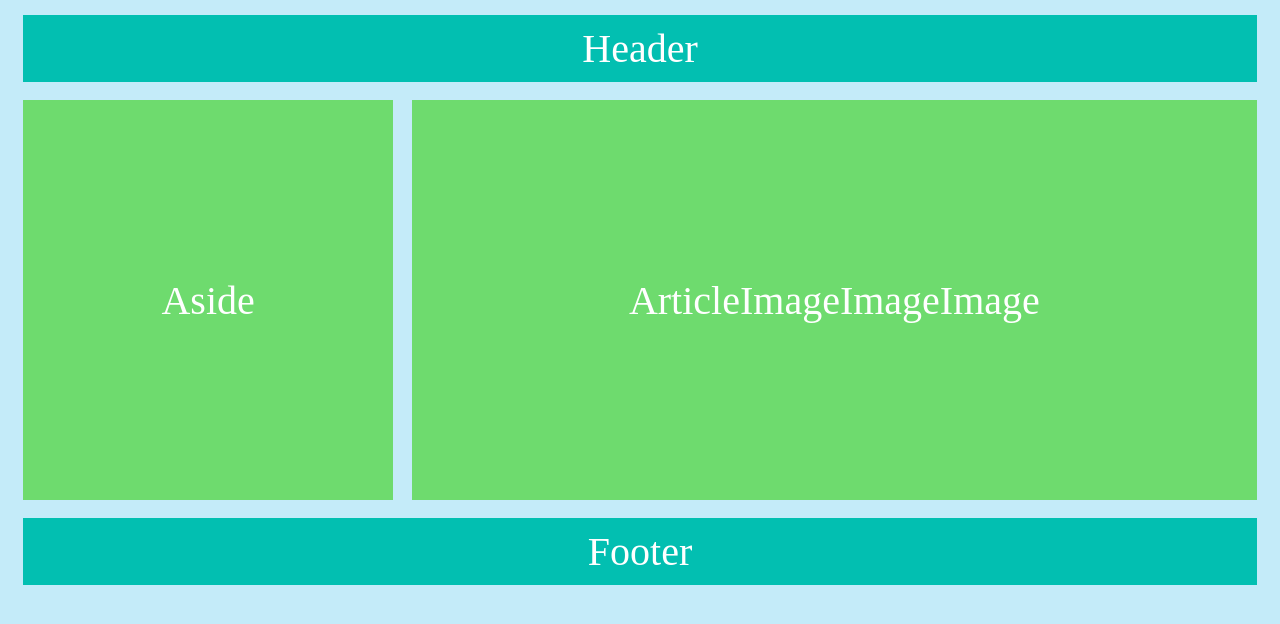
Repository: huyennvo/CSS
Page: flex-css-example/index.html
These files come from the project's save history. The page is drawn as it stood at one moment and after the next save; the edit follows.
The browser window is 1280 px wide. The pictures show the whole page.

Above is the page before, as saved 2022-07-18 11:06:04.

After the next save:
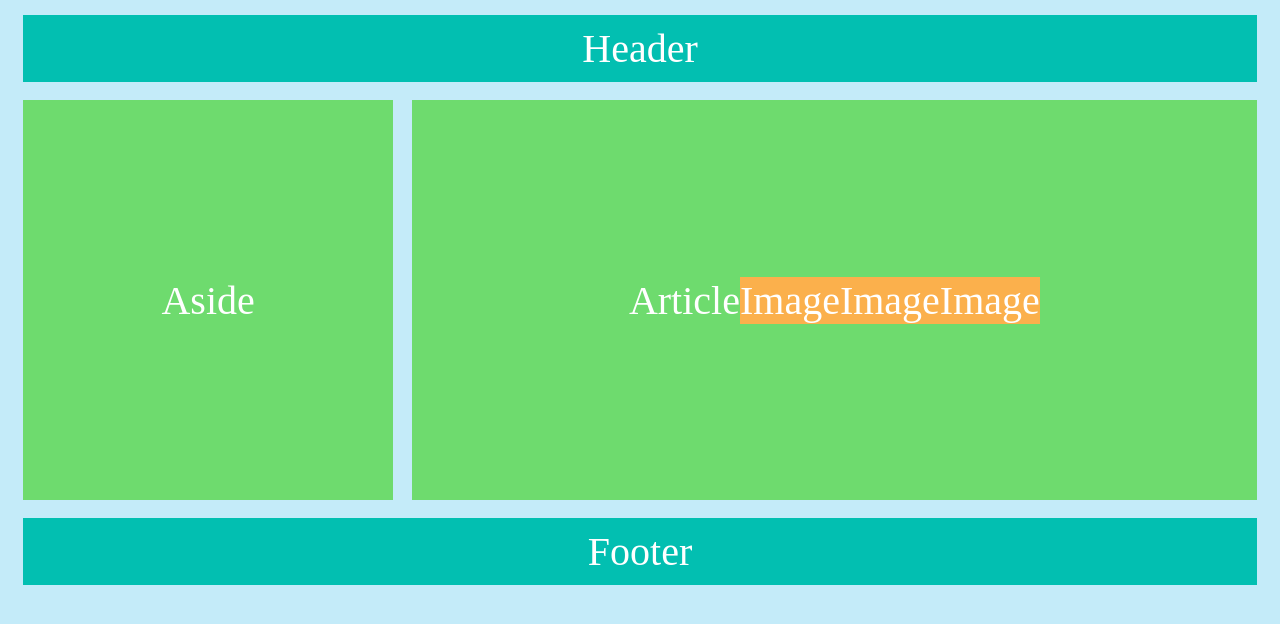
Saved 23 s later.
--- a/flex-css-example/index.html
+++ b/flex-css-example/index.html
@@ -17,9 +17,9 @@
             <div class="body-left">Aside</div>
             <div class="body-right">
                 Article
-                <div class="item1">Image</div>
-                <div class="item2">Image</div>
-                <div class="item3">Image</div>
+                <div class="item item1">Image</div>
+                <div class="item item2">Image</div>
+                <div class="item item3">Image</div>
             </div>
         </div>
         <br>
